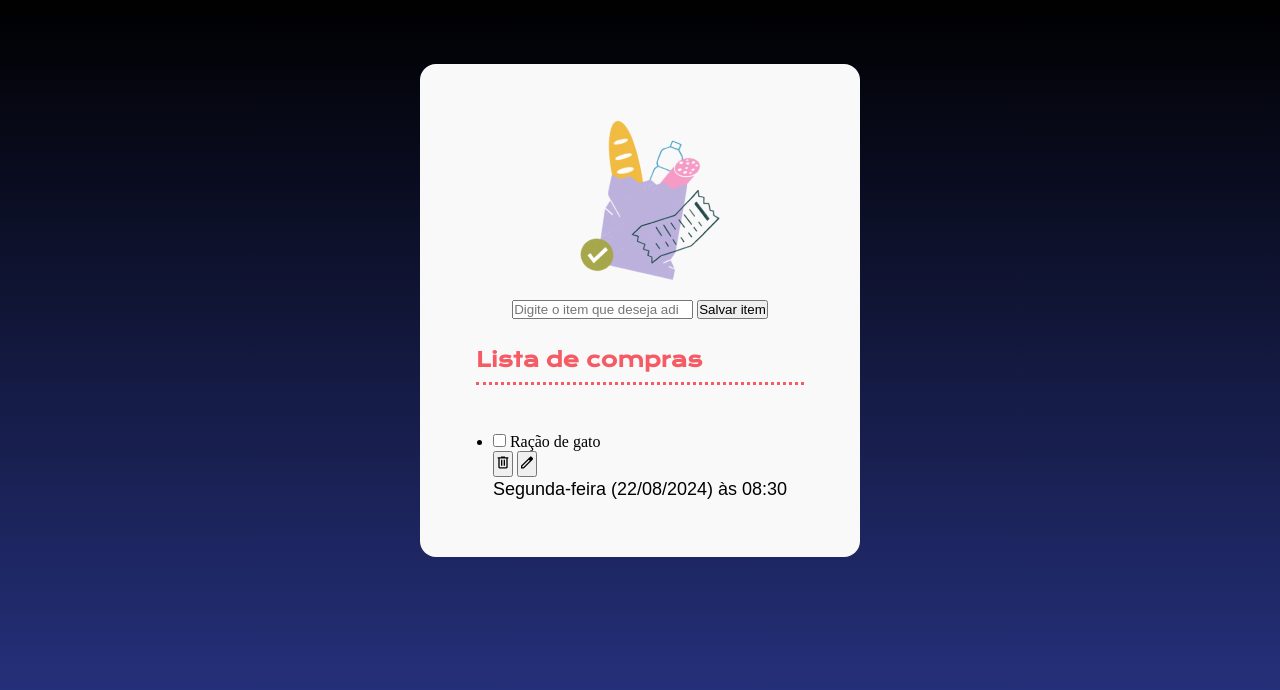
Repository: joaoPraiaJunior/compras_js
Page: index.html
An editor plug-in stored every save of this project. The page is shown before and after the next save, followed by the edit.
The browser window is 1280 px wide. The pictures show the whole page.
Some web fonts or font styles are not loaded; a fallback is used.

Above is the page before, as saved 2024-08-22 20:43:04.

After the next save:
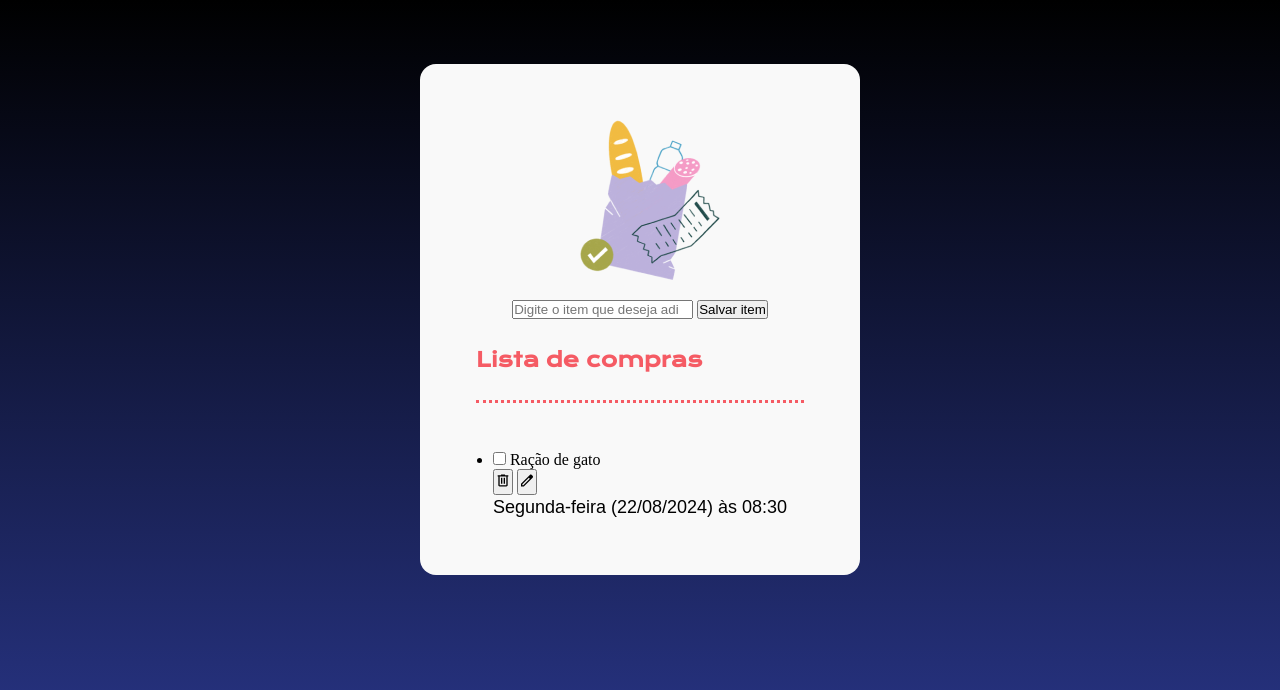
Saved 2 min 4 s later.
--- a/css/styles.css
+++ b/css/styles.css
@@ -65,7 +65,7 @@ hr {
 }
 
 hr:empty {
-    margin-top: calc(1.8rem * -1);
+    margin-top: calc(1.rem * -1);
 }
 
 p {
